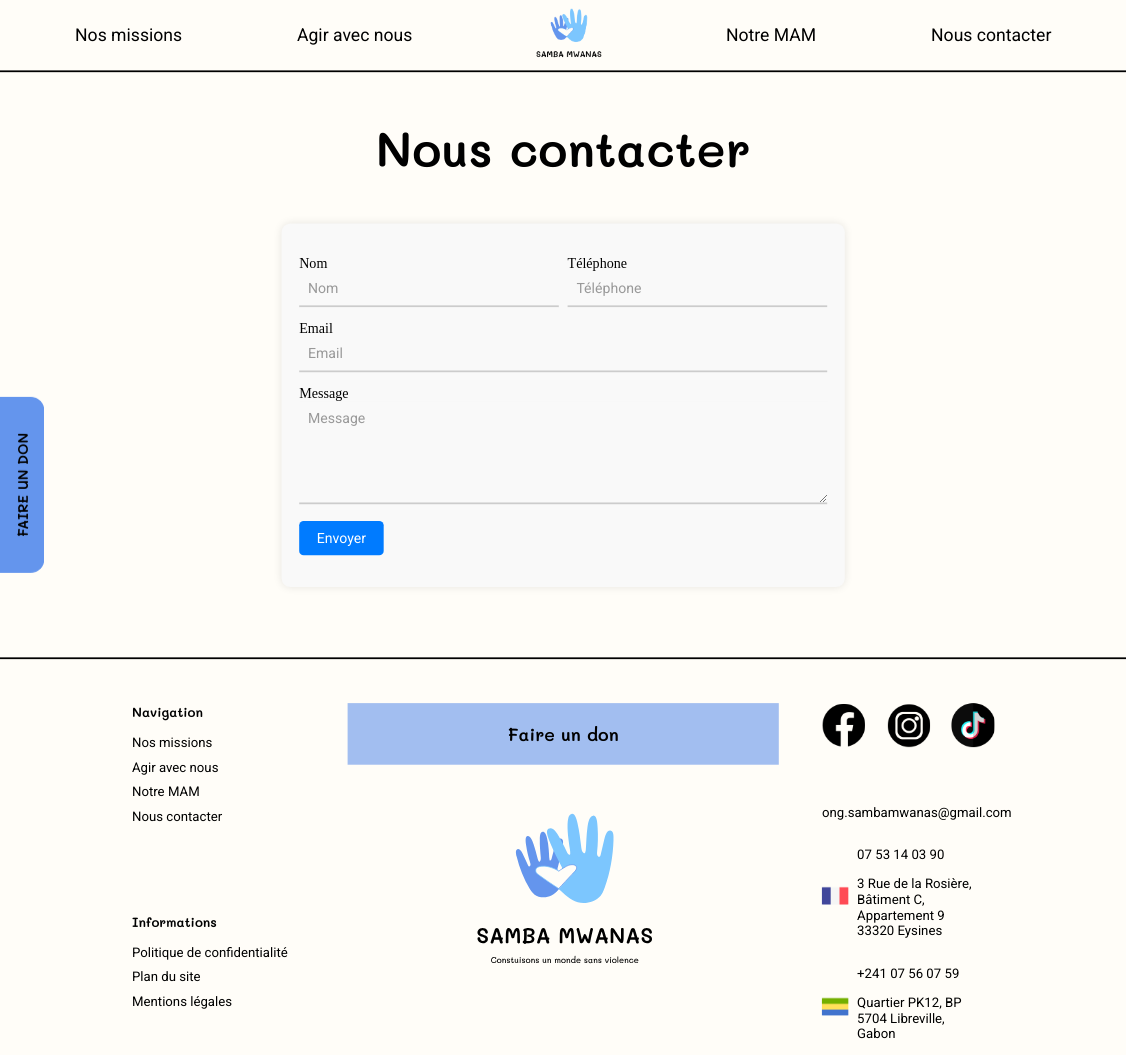
Repository: Danie-lDasilva/Samba-Mwanas
Page: Nous contacter.html
An editor plug-in stored every save of this project. The page is shown before and after a run of saves, followed by the edit.
The browser window is 1280 px wide. The pictures show the whole page, at 88% of full size.

Above is the page before, as saved 2025-03-06 22:23:43.

After the next 2 saves:
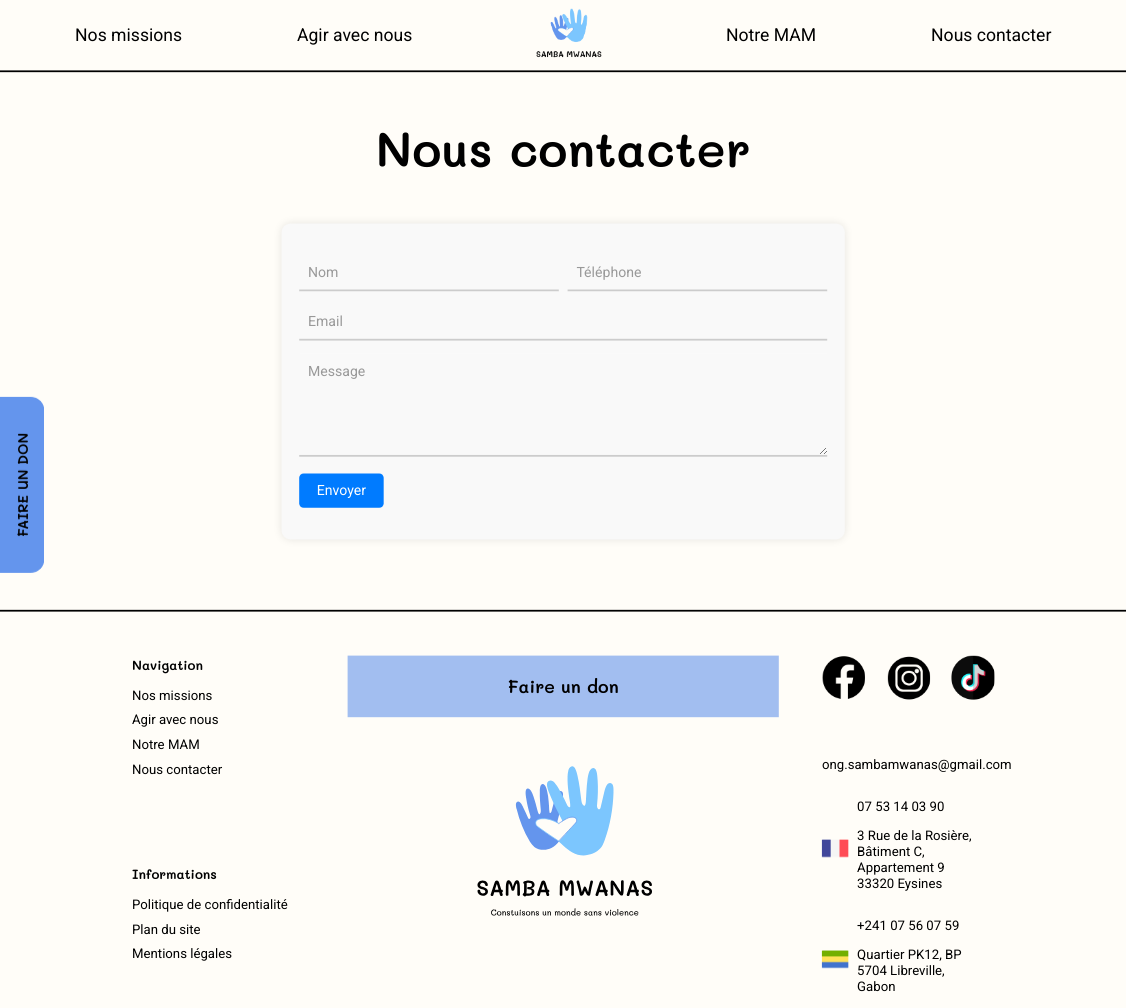
The 2 saves are shown as one change because they came seconds apart.
The last was saved 41 s later.
--- a/Nous contacter.html
+++ b/Nous contacter.html
@@ -39,32 +39,28 @@
     </header>
 
     <main>
-        <h1>Nous contacter</h1>
+        <h1>
+            Nous contacter
+        </h1>
 
         <section>
             <form id="contact-form">
                 <ul>
                     <div class="form-row">
                         <li>
-                            <label for="Nom">Nom</label>
-                            <input type="text" name="Nom" id="Nom" placeholder="Nom" >
+                            <input type="text" name="Nom" id="Nom" placeholder="Nom">
                             <span class="error-message"></span>
                         </li>
                         <li>
-                            <label for="Téléphone">Téléphone</label>
-                            <input type="tel" name="Téléphone" id="Téléphone" placeholder="Téléphone" >
+                            <input type="tel" name="Téléphone" id="Téléphone" placeholder="Téléphone">
                             <span class="error-message"></span>
                         </li>
                     </div>
                     <li>
-                        <label for="Email">Email</label>
-                        <input type="email" name="Email" id="Email" placeholder="Email" >
-                        <span class="error-message"></span>
-                    </li>
-                    <li>
-                        <label for="Message">Message</label>
+                        <input type="email" name="Email" id="Email" placeholder="Email">
+                    </li>
+                    <li>
                         <textarea name="Message" id="Message" rows="5" placeholder="Message"></textarea>
-                        <span class="error-message"></span>
                     </li>
                     <li>
                         <button type="submit">Envoyer</button>
